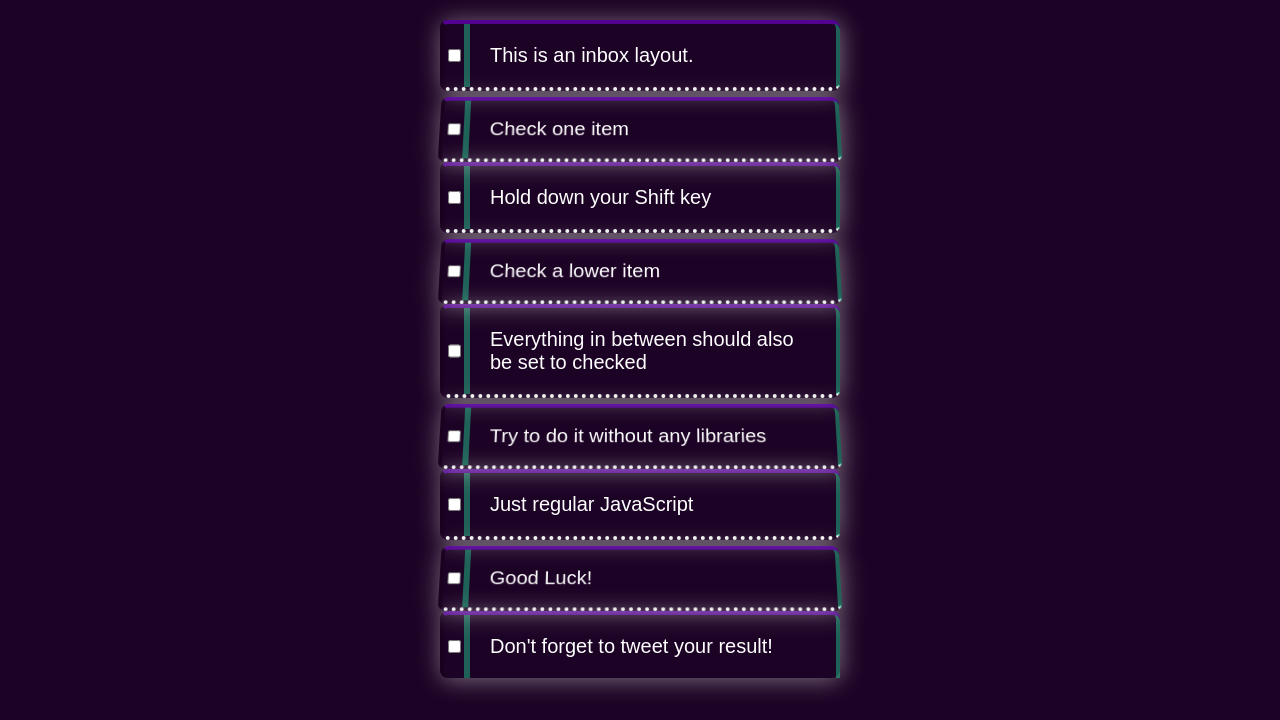
Repository: Freezler/Shift-Select-Checkboxes
Page: index.html
An editor plug-in stored every save of this project. The page is shown before and after the next save, followed by the edit.
The browser window is 1280 px wide. The pictures show the whole page.

Above is the page before, as saved 2024-09-07 23:08:37.

### index.html
<!DOCTYPE html>
<html lang="en">

<head>
  <meta charset="UTF-8">
  <title>Hold Shift to Check Multiple Checkboxes</title>
  <link rel="icon" href="https://fav.farm/🔥" />
</head>

<body>
  <style>
    :root {
      --background-color: rgb(28, 2, 37);
      --border-color: hsla(292, 94%, 6%, 0.8);

    }

    html {
      font-family: sans-serif;
      font-weight: 500;
      background: var(--background-color);
      user-select: none;
    }




    .inbox {
      max-width: 400px;
      margin: 20px auto;
      gap: 0px;
      border-radius: 5px;
      display: flex;
      flex-direction: column;
      background: var(--background-color);
    }

    .item {
      display: flex;
      transition: all 0.3s ease-in-out;
      border-inline-start: 4px solid var(--border-color);
      border-block-start: 4px solid rgba(136, 0, 255, 0.497);
      box-shadow: 1px 2px 24px rgba(244, 249, 232, 0.447);
      border-bottom: 4px dotted #F1F1F1;
      color: white;
      border-radius: 8px;
    }

    .item:last-child {
      border-bottom: 0;
    }



    input[type="checkbox"] {
      accent-color: #7c0529ef;
    }

    input:checked+p {
      background: #a3045131;
      text-decoration: line-through;
      color: cornsilk;
      border-inline: 8px solid #5e057cef;
      transition: all 0.9s ease-in-out;
      border-radius: 99px;
      margin-inline: 48px;


    }



    .inbox .item:nth-child(even) {
      transform: perspective(1500px) rotateX(24deg) translateY(3px) scale(1.001);

    }

    .inbox .item:nth-child(odd) {
      transform: perspective(1500px) rotateX(-24deg) translateY (3px) scale(1.001);

    }

    .item:nth-child(odd):hover {
      transform: perspective(400px) rotateX(24deg) translateY(3px);

    }

    .item:nth-child(even):hover {
      transform: perspective(400px) rotateX(24deg) translateY(3px);

    }

    .item:nth-child(even) {
      transform: perspective(1500px) rotateX(-24deg) translateY(3px);

    }

    p {
      margin: 0;
      padding: 20px;
      transition: background 0.3s;
      flex: 1;

      font-size: 20px;
      font-weight: 200;
      border-inline: 6px solid #23cc9178;
      border-inline-end: 4px solid #23cc9178;
      border-start-end-radius: 6px;
    }
  </style>
  <!--  The following is a common layout you would see in an email client.
        When a user clicks a checkbox, holds Shift, and then clicks another checkbox a few rows down, all the checkboxes in between those two checkboxes should be checked.

  -->
  <div class="inbox">
    <div class="item">
      <input type="checkbox">
      <p>This is an inbox layout.</p>
    </div>
    <div class="item">
      <input type="checkbox">
      <p>Check one item</p>
    </div>
    <div class="item">
      <input type="checkbox">
      <p>Hold down your Shift key</p>
    </div>
    <div class="item">
      <input type="checkbox">
      <p>Check a lower item</p>
    </div>
    <div class="item">
      <input type="checkbox">
      <p>Everything in between should also be set to checked</p>
    </div>
    <div class="item">
      <input type="checkbox">
      <p>Try to do it without any libraries</p>
    </div>
    <div class="item">
      <input type="checkbox">
      <p>Just regular JavaScript</p>
    </div>
    <div class="item">
      <input type="checkbox">
      <p>Good Luck!</p>
    </div>
    <div class="item">
      <input type="checkbox">
      <p>Don't forget to tweet your result!</p>
    </div>
  </div>

  <script>
    const checkboxes = document.querySelectorAll('.inbox input[type="checkbox"]');

    checkboxes.forEach(checkbox => checkbox.addEventListener('click', handleCheck))

    let lastChecked;

    function handleCheck(e) {
      // check for shift-press && checked
      let inBetween = false;
      // loop over every single checkbox
      if (e.shiftKey && this.checked) {
        checkboxes.forEach(checkbox => {
          if (checkbox === this || checkbox === lastChecked) {
            inBetween = !inBetween
          }
          if (inBetween) {
            checkbox.checked = true
          }
        })
      }

      if (e.shiftKey && this.checked) {
        console.log("haha it's clicked with shift down AND checked!")
      }
      if (e.shiftKey && !this.checked) {
        console.log("haha it's clicked with shift down but not checked!")
      }
      lastChecked = this;
    }

  </script>
</body>

</html>

After the next save:
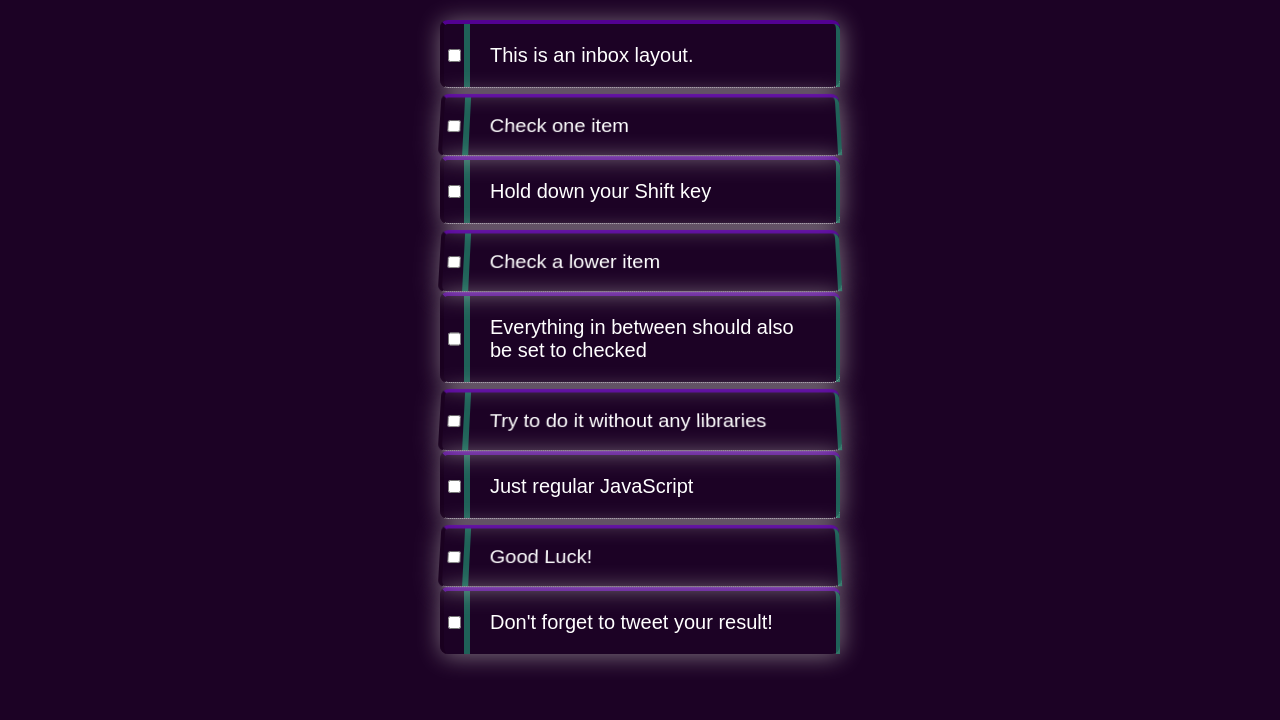
Saved 7 s later.
--- a/index.html
+++ b/index.html
@@ -41,7 +41,7 @@
       border-inline-start: 4px solid var(--border-color);
       border-block-start: 4px solid rgba(136, 0, 255, 0.497);
       box-shadow: 1px 2px 24px rgba(244, 249, 232, 0.447);
-      border-bottom: 4px dotted #F1F1F1;
+      border-bottom: 0.1px dotted #F1F1F1;
       color: white;
       border-radius: 8px;
     }
